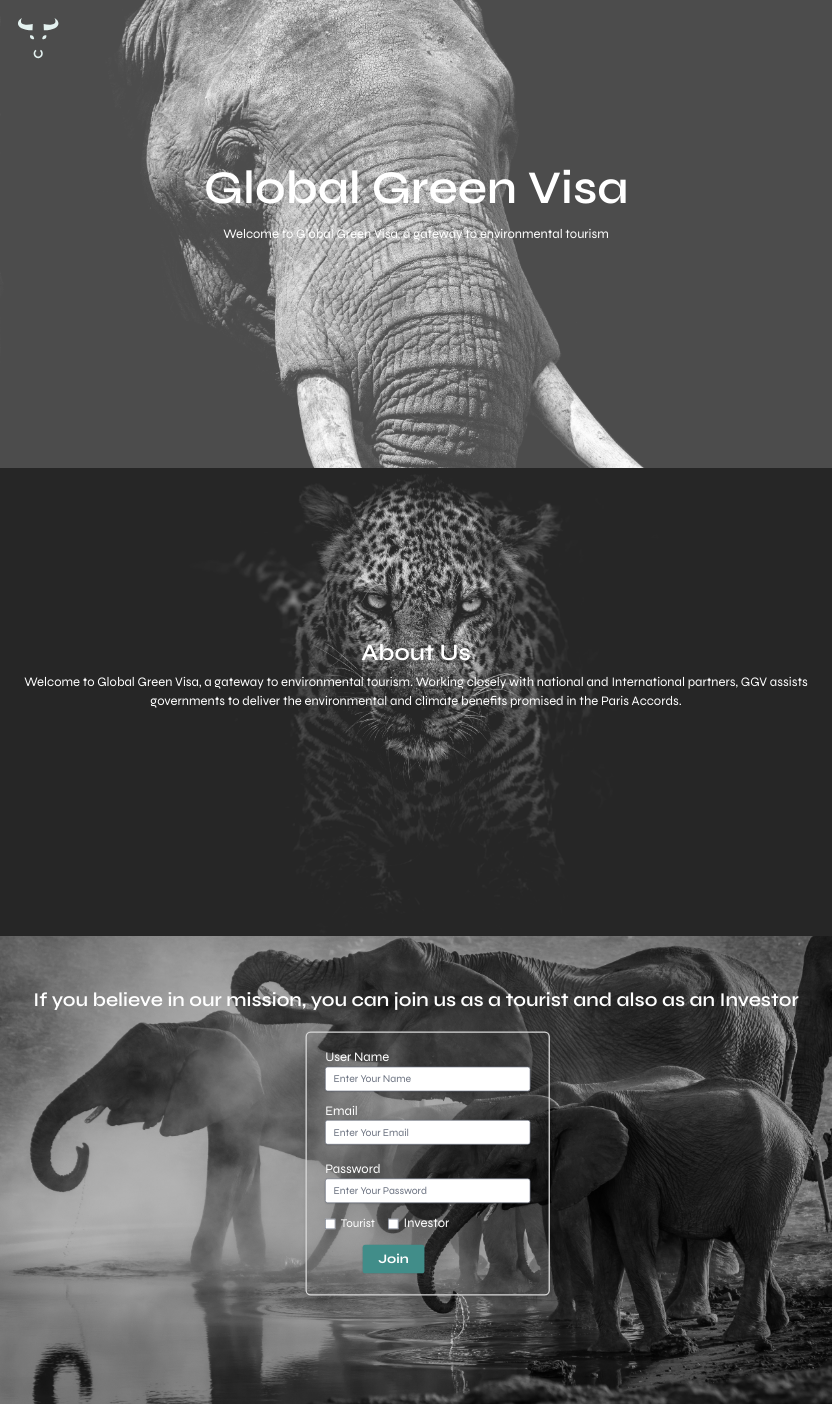
Repository: BrightonMboya/ggv-landingPage
Page: /
These files come from the project's save history. The page is drawn as it stood at one moment and after the next save; the edit follows.
The browser window is 1280 px wide. The pictures show the whole page, at 65% of full size.
The project was rebuilt for these pictures with package versions that can differ from the ones it lists, and the page was loaded fresh each time. The framework's server and built-in components were replaced by stand-ins that run in the browser. Also part of the build but not shown: next.config.js.

Above is the page before, as saved 2022-06-14 15:20:12.

### pages/index.js
import React from "react";
import styles from "../styles/Home.module.css";
import HomePage from "./HomePage";
import AboutUs from "./AboutUs";
import Contactus from "./Contactus";

// const index = () => {
//   return (
//     <React.Fragment>
//       <div className={`${styles.global} ${styles.container}`}>
//         <section className={`${styles.section}`}>
//           <HomePage />
//         </section>
//         <section className={`${styles.section}`}>
//           <AboutUs />
//         </section>
//         <section className={`${styles.section} ${styles.three}`}>
//           <Contactus />
//         </section>
//       </div>
//     </React.Fragment>
//   );
// };

const index = () => {
  return (
    <React.Fragment>
      {/* <div className={styles.global}>
        <div className={styles.container}>
          <section className={`${styles.section}`}>
            <HomePage />
          </section>
          <section className={`${styles.section} ${styles.two}`}>
            <AboutUs />
          </section>
          <section className={styles.section}>
            <Contactus />
          </section>
        </div>
      </div> */}

      <HomePage />
      <AboutUs />
      <Contactus />
    </React.Fragment>
  );
};

export default index;

### styles/globals.css
@tailwind base;
@tailwind components;
@tailwind utilities;

@layer base {
  html {
    font-family: Syne;
  }
}

### styles/Home.module.css
.global {
  margin: 0;
  padding: 0;
  box-sizing: border-box;
  font-family: "Syne";
  /* border: 2px solid yellow; */
}
.section {
  /* height: 100vh; */
  display: flex;
  justify-content: center;
  align-items: center;
  scroll-snap-align: start;
}

.container {
  scroll-snap-type: y mandatory;
  overflow-y: scroll;
  height: 100vh;
}

.bgWrap {
  position: fixed;
  /* height: 100vh; */
  /* min-height: 80vh; */
  width: 100vw;
  overflow: hidden;
  z-index: -1;
  height: 100vh;
}

.bg {
  /* max-width: 100%; */
  position: relative;
  /* opacity: 0.1; */
  background: linear-gradient(
    to bottom-right,
    rgba(71, 78, 117, 0.7),
    rgba(226, 27, 27, 0.7)
  );
  /* border: 2px solid red; */
  /* height: 100vh; */
}

.content {
  /* display: inline-block; */
  position: absolute;
  left: 50%;
  top: 45%;
  width: 100%;
  transform: translate(-50%, -50%);
}

@media (max-width: 480px) {
  .content p {
    margin: 0 auto;
    max-width: 400px;
  }
}

.two {
  background: rgb(211, 79, 79);
  background: linear-gradient(
      to bottom right,
      rgba(0, 1, 7, 0.7),
      rgb(78, 77, 77, 0.7)
    ),
    url("../public/about.jpg");
  background-size: cover;
  background-repeat: no-repeat;
  background-position: center;
  font-size: 45px;
  line-height: 65px;
  text-align: center;
  color: #ffffff;
}

### pages/HomePage.js
import React from "react";
import Head from "next/head";
import styles from "../styles/Home.module.css";
import Image from "next/image";

const HomePage = () => {
  return (
    <div className="">
      <Head>
        <title>Welcome to GGV</title>
        <meta
          name="description"
          content="Your Gateway to environmental tourism"
        />
        <style>
          @import
          url('https://fonts.googleapis.com/css2?family=Poppins:wght@400;500;600&family=Syne:wght@400;500;600;700&display=swap');
        </style>
      </Head>
      <div
        className={`${styles.bgWrap} ${styles.bg} "bg-gradient-to-br from-black to-slate"`}
      >
        <Image
          src="/elephant.jpg"
          layout="fill"
          objectFit="cover"
          quality={100}
          style={{
            opacity: 0.7
          }}
        />
        <div className="w-[70px] h-[70px] relative mt-6 ml-6 ">
          <Image src="/logo.svg" layout="fill" objectFit="contain" />
        </div>
        <div className={styles.content}>
          <h2 className="text-white md:text-7xl text-center text-6xl font-semibold">
            Global Green Visa
          </h2>
          <p className="text-white lg:text-xl text-center text-2xl leading-loose py-5 md:text-[2.5rem]">
            Welcome to Global Green Visa, a gateway to environmental tourism
          </p>
        </div>
      </div>
    </div>
  );
};
export default HomePage;

### pages/AboutUs.js
import Image from "next/image";
import styles from "../styles/Home.module.css";
import Head from "next/head";

const AboutUs = () => {
  return (
    <div className={styles.global}>
      <Head>
        <title>Welcome to GGV</title>
        <meta
          name="description"
          content="Your Gateway to environmental tourism"
        />
        <style>
          @import
          url('https://fonts.googleapis.com/css2?family=Poppins:wght@400;500;600&family=Syne:wght@400;500;600;700&display=swap');
        </style>
      </Head>
      <div className={`${styles.bgWrap} ${styles.bg}`}>
        <Image
          src="/about.jpg"
          layout="fill"
          objectFit="cover"
          quality={100}
          style={{ opacity: 0.85 }}
        />
        <div className={styles.content}>
          <h2 className="text-white lg:text-4xl text-center text-4xl font-semibold md:text-6xl">
            About Us
          </h2>
          <p className="text-white lg:text-xl text-center text-xl leading-loose py-3 md:text-3xl md:leading-loose md:px-5">
            Welcome to Global Green Visa, a gateway to environmental tourism.
            Working closely with national and International partners, GGV
            assists governments to deliver the environmental and climate
            benefits promised in the Paris Accords.
          </p>
        </div>
      </div>
    </div>
  );
};
export default AboutUs;

### pages/Contactus.js
import React from "react";
import Image from "next/image";
import styles from "../styles/Home.module.css";
import { useState } from "react";
import Head from "next/head";

const Contactus = () => {
  const [enteredName, setEnteredName] = useState("");
  const [enteredPassword, setEnteredPassword] = useState("");
  const [enteredMessage, setEnteredMessage] = useState("");

  const nameChangeHandler = (event) => {
    setEnteredName(event.target.value);
  };

  const passwordChangeHandler = (event) => {
    setEnteredPassword(event.target.value);
  };

  const messageChangeHandler = (event) => {
    setEnteredMessage(event.target.value);
  };

  const submitHandler = (event) => {
    event.preventDefault();
  };
  return (
    <div className="">
      <Head>
        <title>Welcome to GGV</title>
        <meta name="description" content="Join Our Family" />
        <style>
          @import
          url('https://fonts.googleapis.com/css2?family=Poppins:wght@400;500;600&family=Syne:wght@400;500;600;700&display=swap');
        </style>
      </Head>
      <div className={`${styles.bgWrap} ${styles.bg}`}>
        <Image
          src="/contact.jpg"
          layout="fill"
          objectFit="cover"
          quality={100}
        />
        <div className="flex items-center justify-center text-white">
          <div className={styles.content}>
            <h3 className="text-xl font-semibold md:text-3xl text-center px-5 leading-loose">
              If you believe in our mission, you can join us as a tourist and
              also as an Investor
            </h3>
            <div className="max-w-xs md:max-w-3xl lg:max-w-full ml-[5vh] mt-8 flex items-center justify-center">
              <form
                onSubmit={submitHandler}
                className="shadow-md rounded-lg px-7 pt-6 pb-8 mb-4 border-gray border-2 "
              >
                <div className="mb-4">
                  <label className="text-lg md:text-xl">User Name</label>
                  <input
                    type="text"
                    value={enteredName}
                    onChange={nameChangeHandler}
                    placeholder="Enter Your Name"
                    className="shadow appearance-none border rounded w-full py-2 px-3 text-gray-700 leading-tight focus:outline-none focus:shadow-outline"
                  />
                </div>
                <div className="mb-6">
                  <label className="text-lg md:text-xl">Email</label>
                  <input
                    type="email"
                    className="shadow appearance-none border rounded w-full py-2 px-3 text-gray-700 leading-tight focus:outline-none focus:shadow-outline"
                    onChange={passwordChangeHandler}
                    placeholder="Enter Your Email"
                    value={enteredPassword}
                  />
                </div>

                <div>
                  <label className="text-lg md:text-xl">Password</label>
                  <input
                    type="text"
                    className="shadow appearance-none border rounded w-full py-2 px-3 text-gray-700 leading-tight focus:outline-none focus:shadow-outline"
                    placeholder="Enter Your Password"
                    value={enteredMessage}
                    onChange={messageChangeHandler}
                  />
                </div>
                <div className="flex items-center mt-4">
                  <div>
                    <input type="checkbox" className="mr-2 leading-tight" />
                    <span className="text-sm text-center md:text-lg">
                      Tourist
                    </span>
                  </div>
                  <div className="ml-5">
                    <input type="checkbox" className="mr-2 leading-tight" />
                    <span className="text-sm text-center md:text-xl">
                      Investor
                    </span>
                  </div>
                </div>

                <div className="mt-5 ml-[8vh]">
                  <button className="shadow bg-green focus:shadow-outline focus:outline-none text-white font-bold py-2 px-6 rounded md:text-xl">
                    Join
                  </button>
                </div>
              </form>
            </div>
          </div>
        </div>
      </div>
    </div>
  );
};

export default Contactus;

### tailwind.config.js
module.exports = {
  content: [
    "./pages/**/*.{js,ts,jsx,tsx}",
    "./components/**/*.{js,ts,jsx,tsx}"
  ],
  theme: {
    extend: {
      colors: {
        black: "#000107",
        slate: "#E3F1EF",
        green: "#418D89",
        gray: "#D9D9D9"
      },
      fontFamily: {
        Syne: ["Syne", "sans-serif"]
      }
    }
  },
  plugins: [require("@tailwindcss/forms")]
};

Loaded but not shown: pages/_app.js (common file)

After the next save:
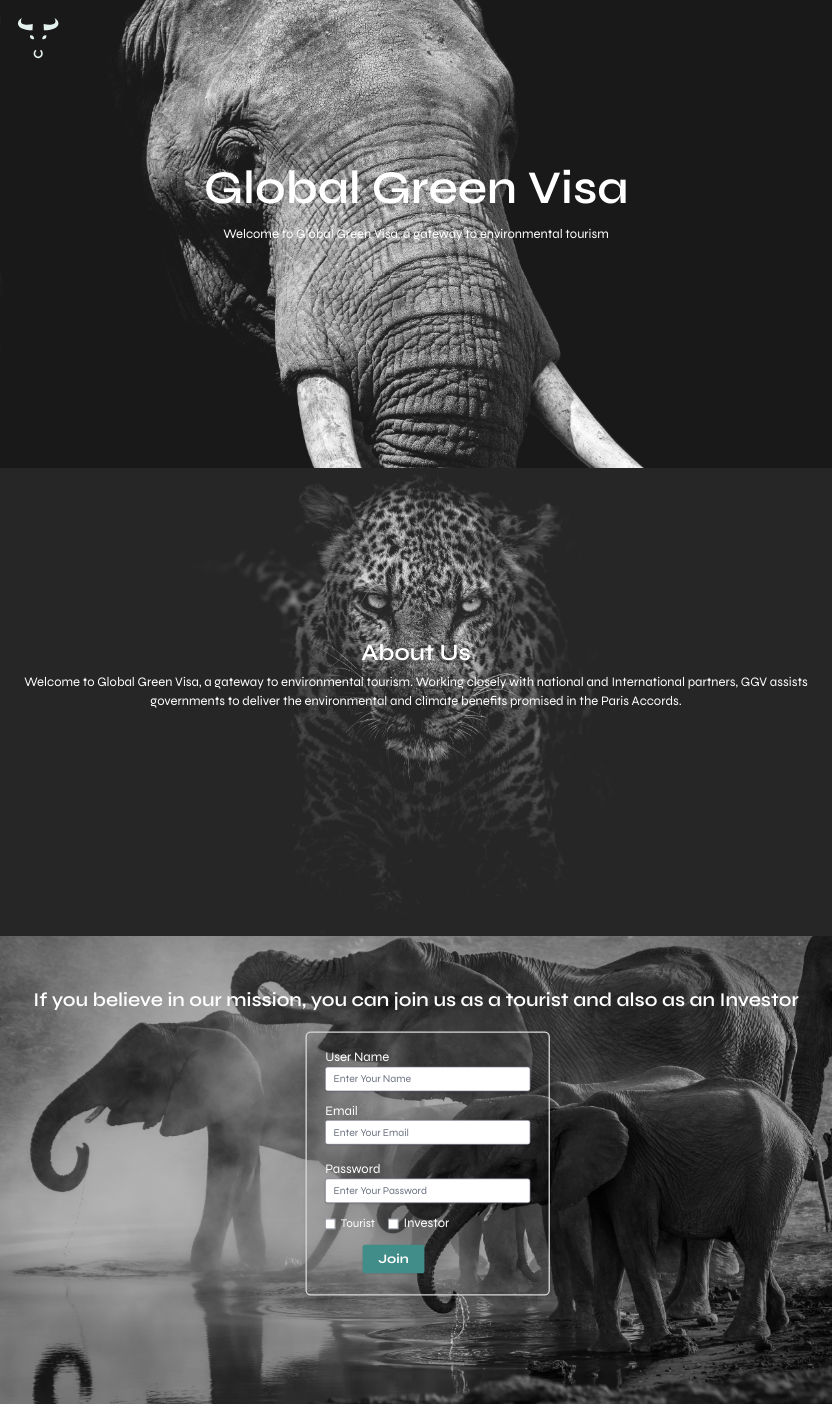
Saved 11 s later.
--- a/pages/HomePage.js
+++ b/pages/HomePage.js
@@ -26,7 +26,7 @@ const HomePage = () => {
           objectFit="cover"
           quality={100}
           style={{
-            opacity: 0.7
+            opacity: 0.9
           }}
         />
         <div className="w-[70px] h-[70px] relative mt-6 ml-6 ">
